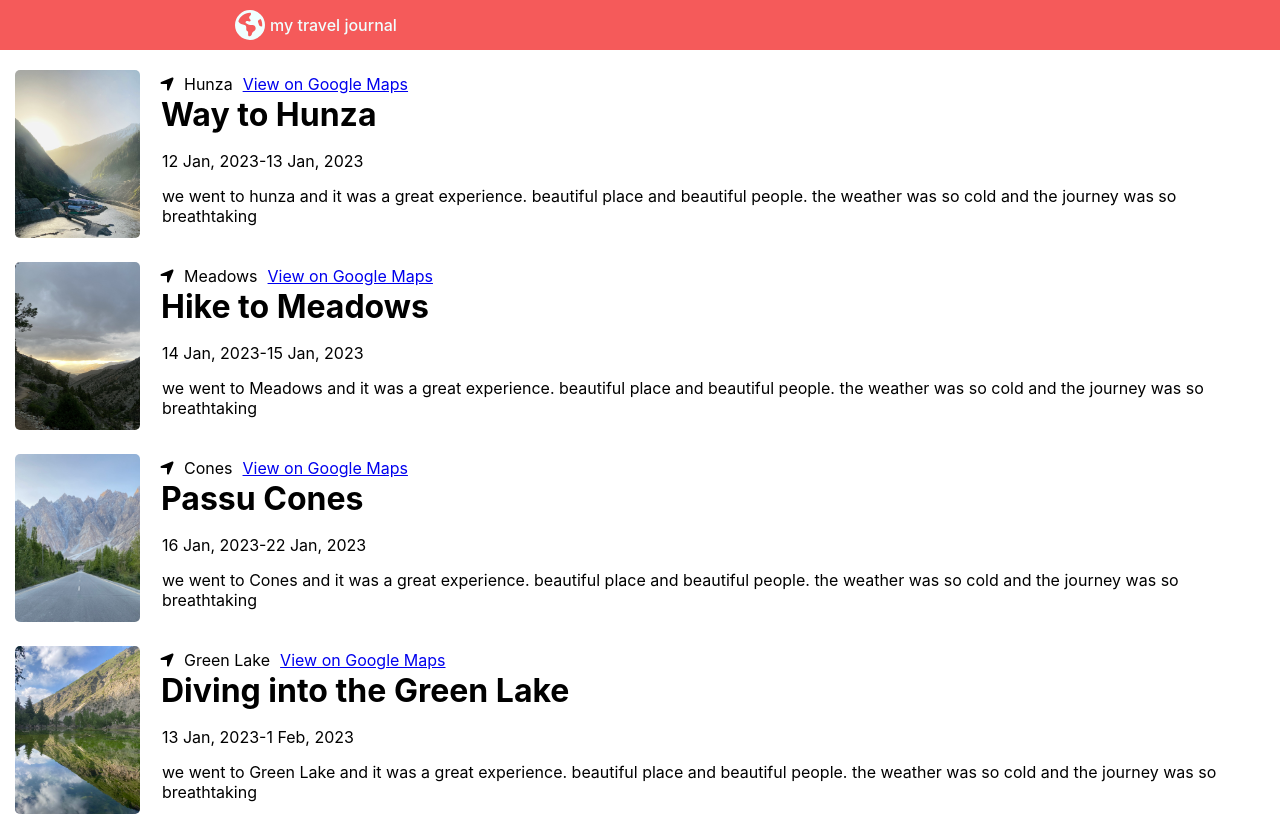
Repository: mortiestmorty1/travel-journal
Page: /
These files come from the project's save history. The page is drawn as it stood at one moment and after the next save; the edit follows.
The browser window is 1280 px wide. The pictures show the whole page.
The project was rebuilt for these pictures with package versions that can differ from the ones it lists, and the page was loaded fresh each time.

Above is the page before, as saved 2024-01-17 15:38:31.

### src/index.css
body {
  margin: 0;
  font-family: -apple-system, BlinkMacSystemFont, 'Segoe UI', 'Roboto', 'Oxygen',
    'Ubuntu', 'Cantarell', 'Fira Sans', 'Droid Sans', 'Helvetica Neue',
    sans-serif;
  -webkit-font-smoothing: antialiased;
  -moz-osx-font-smoothing: grayscale;
}

code {
  font-family: source-code-pro, Menlo, Monaco, Consolas, 'Courier New',
    monospace;
}
* {
  box-sizing: border-box;
  }

### src/App.js
import logo from './logo.svg';
import './App.css';
import Navbar from "./components/navbar";
import Data from "./components/data.js";
import Content from "./components/content.js";

function App() {
  const  Memories = Data.map((item) => {
    return<Content
          key={item.id}
          item={item}
    />
  })
  return (
    <div className="App">
      <Navbar />
      {Memories}
    </div>
  );
}

export default App;

### src/App.css
.Nav-container{
    display: flex;
    justify-content: space-between;
    align-items: center;
    background-color: #F55A5A;
    height: 50px;
}
.navbar{
    display: flex;
    justify-content: space-between;
    align-items: center;
    background-color: #F55A5A;
    margin-left: 230px;
}
.title{
  color: azure;
  font-weight: 500;
  margin-left: 5px;
}
.earth{
  width: 30px;
  height: 30px;
  margin-left: 5px;
  color: azure;
}

.image{
  width: 125px;
  height: 168px;
  margin-left: 15px;
  color: azure;
  border-radius: 5px;
  margin-top: 20px;
}
.content-container{
  position: relative;
}
.section1{
  position: absolute;
  left: 150px;
  bottom: 77%;
}
.section1 :nth-child(1)
{
  margin-left: 10px;
}
.section1 :nth-child(2)
{
  margin-left: 10px;
}
.section1 :nth-child(3)
{
  margin-left: 10px;
}

.Title{
  position: absolute;
  left: 161px;
  bottom: 45%;
}
.section2{
  position: absolute;
  left: 162px;
  bottom: 37%;
}
.description{
  position: absolute;

  left: 162px;
  bottom: 0;
  margin-right: 5px;
}

### src/components/navbar.js
import React from "react";
import { FontAwesomeIcon } from "@fortawesome/react-fontawesome";
import { faEarth } from "@fortawesome/free-solid-svg-icons";
import "../App.css";

function Navbar(){
    return(
        <div className="Nav-container">
            <nav className="navbar">
                <FontAwesomeIcon icon={faEarth} className="earth"></FontAwesomeIcon>
                <span className="title">
                        my travel journal
                </span>
            </nav>
        </div>
    )
}
export default Navbar;

### src/components/data.js
import Hunza from "./way-to-hunza.jpeg";
import Meadows from "./way-to-meadows.jpeg";
import Cones from "./cones.jpeg";
import Glake from "./green-lake.jpeg";

export default [
    {
        id:1,
        img: Hunza,
        location: "Hunza",
        googlelink: "https://www.google.com/maps/place/Hunza+Valley,+Gilgit-Baltistan,+Pakistan/",
        Title: "Way to Hunza",
        datestart:"12 Jan, 2023",
        dateend: "13 Jan, 2023",
        description:"we went to hunza and it was a great experience. beautiful place and beautiful people. the weather was so cold and the journey was so breathtaking"
    }
    ,
    {
        id:2,
        img: Meadows,
        location: "Meadows",
        googlelink: "https://www.google.com/maps/place/Meadows,+Gilgit-Baltistan,+Pakistan/",
        Title: "Hike to Meadows",
        datestart:"14 Jan, 2023",
        dateend: "15 Jan, 2023",
        description:"we went to Meadows and it was a great experience. beautiful place and beautiful people. the weather was so cold and the journey was so breathtaking"
    }
    ,
    {
        id:3,
        img: Cones,
        location: "Cones",
        googlelink: "https://www.google.com/maps/place/Cones,+Gilgit-Baltistan,+Pakistan/",
        Title: "Passu Cones",
        datestart:"16 Jan, 2023",
        dateend: "22 Jan, 2023",
        description:"we went to Cones and it was a great experience. beautiful place and beautiful people. the weather was so cold and the journey was so breathtaking"
    }
    ,
    {
        id:4,
        img: Glake,
        location: "Green Lake",
        googlelink: "https://www.google.com/maps/place/Green+Lake,+Gilgit-Baltistan,+Pakistan/",
        Title: "Diving into the Green Lake",
        datestart:"13 Jan, 2023",
        dateend: "1 Feb, 2023",
        description:"we went to Green Lake and it was a great experience. beautiful place and beautiful people. the weather was so cold and the journey was so breathtaking"
    }
]

### src/components/content.js
import React from "react";
import { FontAwesomeIcon } from "@fortawesome/react-fontawesome";
import { faLocationArrow } from "@fortawesome/free-solid-svg-icons";
import "../App.css";
function Content(props){

    return(
        <div className="content-container">
            <img className="image" src={props.item.img}>
            </img>
            <div className="section1">
                <FontAwesomeIcon icon={faLocationArrow} className="Location"></FontAwesomeIcon>
                <span className="location">
                    {props.item.location}
                </span>
                <a href={props.item.googlelink}>View on Google Maps</a>
            </div>
            <h1 className="Title">{props.item.Title}</h1>
            <div className="section2">
                <span className="date-start">{props.item.datestart}</span>
                -
                <span className="date-end">{props.item.dateend}</span>
            </div>
            <p className="description">{props.item.description}</p>
        </div>
    )
}

export default Content;

Loaded but not shown: public/index.html (common file); src/index.js (common file); src/reportWebVitals.js (common file)

After the next save:
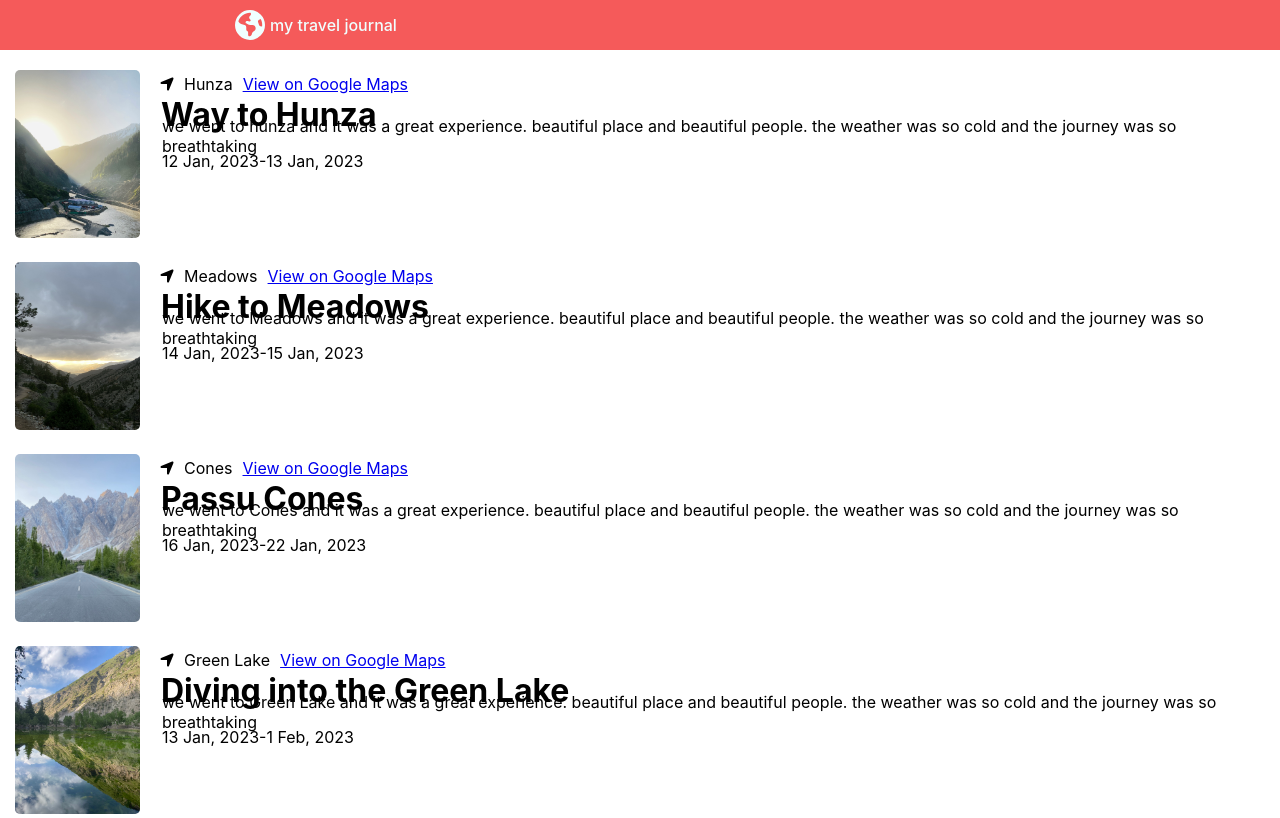
Saved 16 s later.
--- a/src/App.css
+++ b/src/App.css
@@ -65,8 +65,7 @@
 }
 .description{
   position: absolute;
-
   left: 162px;
-  bottom: 0;
+  top: 50px;
   margin-right: 5px;
 }
